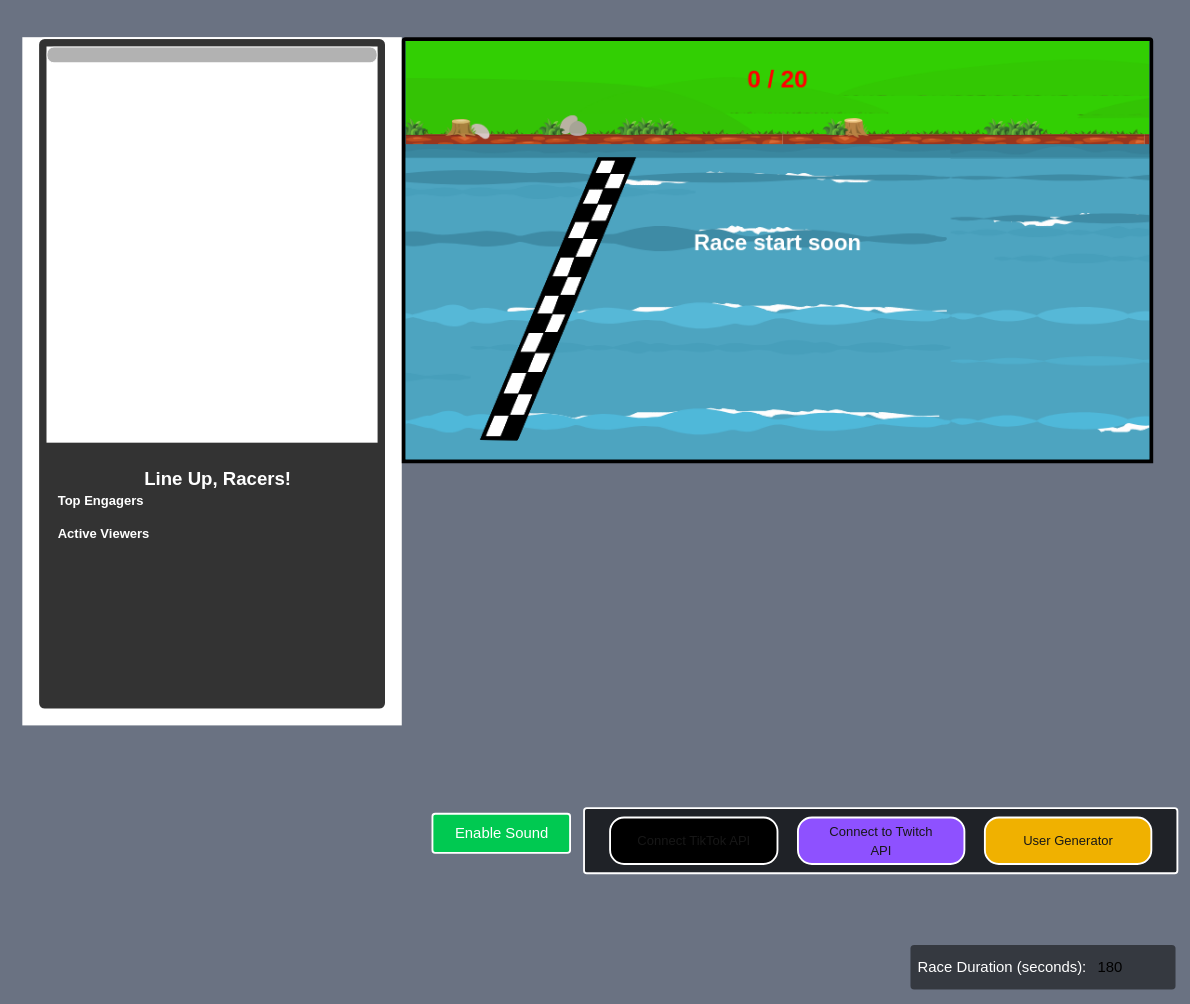
Repository: stevenreas09-coder/duckrace
Page: /
The author's editor kept a copy of each file at every save. The page is drawn from the files as they stood at one save, then again after the next save.
The browser window is 1280 px wide. The pictures show the whole page, at 93% of full size.
The project was rebuilt for these pictures with package versions that can differ from the ones it lists, and the page was loaded fresh each time. The framework's server and built-in components were replaced by stand-ins that run in the browser. Also part of the build but not shown: next.config.ts.

Above is the page before, as saved 2025-12-17 20:57:55.

After the next save:
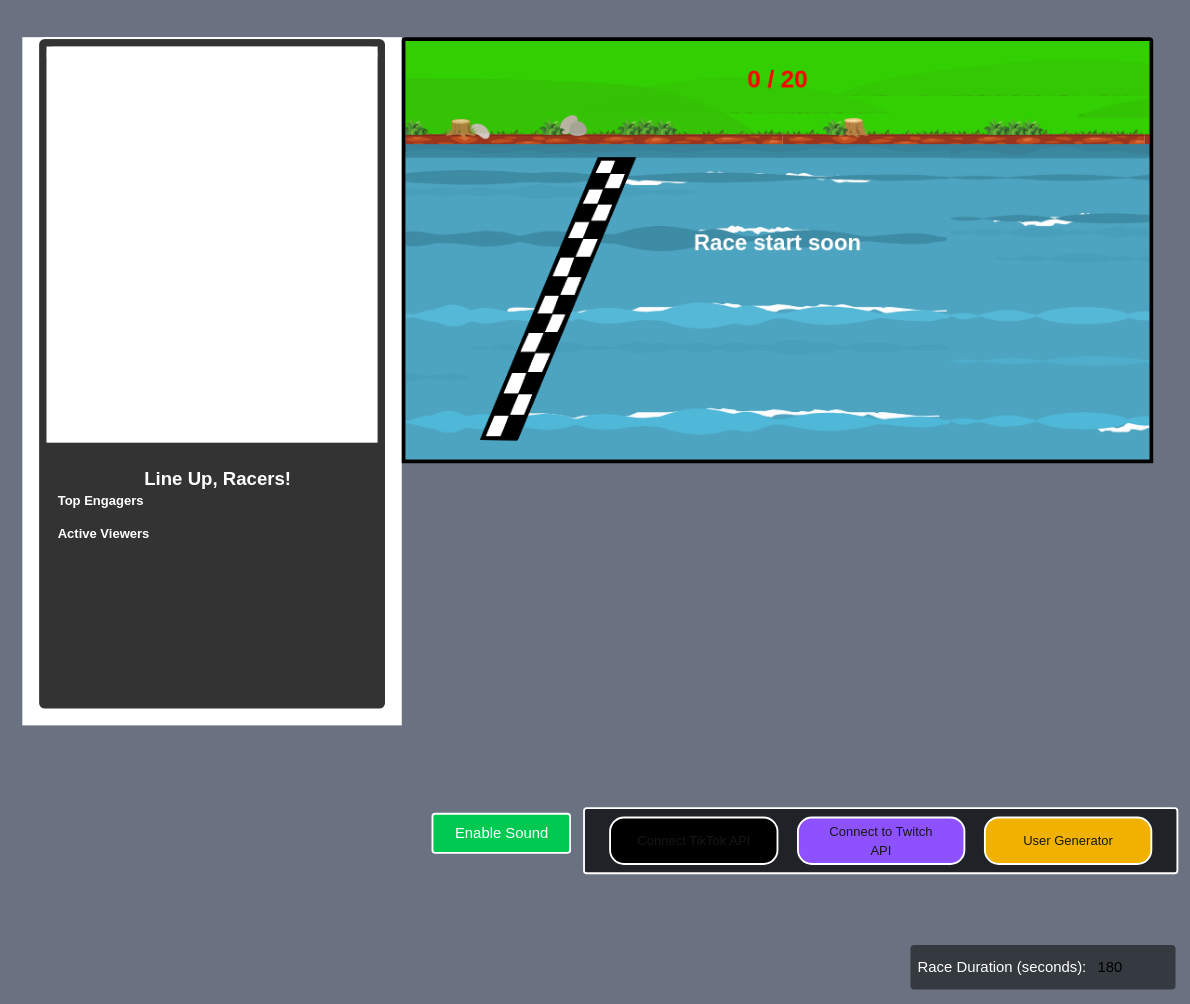
Saved 29 s later.
--- a/app/globals.css
+++ b/app/globals.css
@@ -77,7 +77,7 @@ body {
   /* Full border */
   border: 1px solid white;
 
-  background: rgba(0, 0, 0, 0.3);
+  background: rgba(255, 255, 255, 0.936);
   border-radius: 0.5rem;
 
   /* optional: make inner content not overflow */
